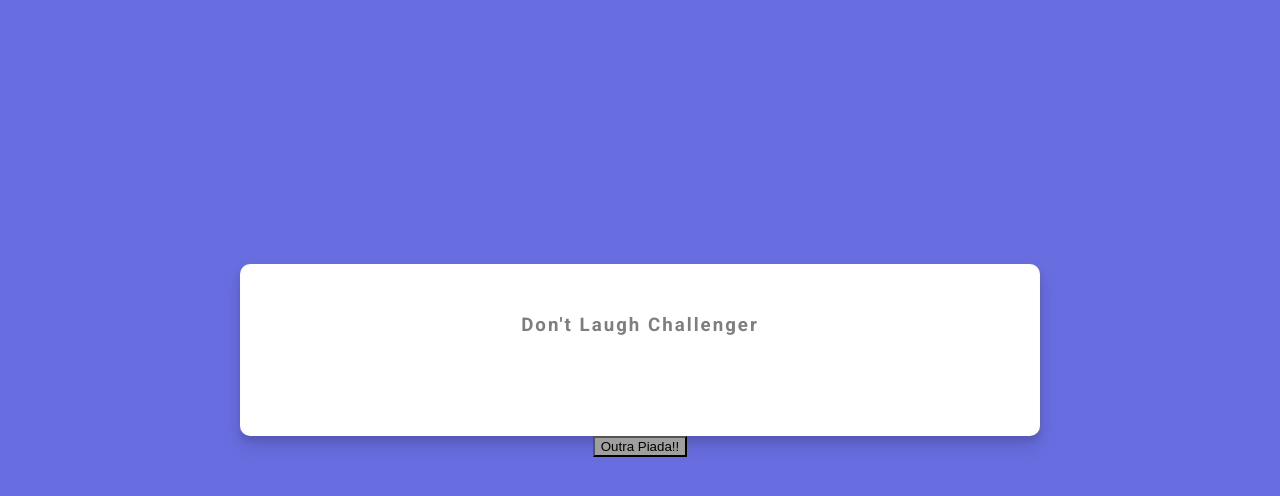
Repository: Williamlmachado/Dad-Jokes
Page: index.html
These files come from the project's save history. The page is drawn as it stood at one moment and after the next save; the edit follows.
The browser window is 1280 px wide. The pictures show the whole page.

Above is the page before, as saved 2021-08-21 12:59:30.

### index.html
<!DOCTYPE html>
<html lang="en">
    <head>
        <meta charset="UTF-8"/>
        <meta name="viewport" content="width=device-width, initial-scale=1.0"/>
        <link rel="stylesheet" href="style.css"/>
        <title>JoK3s</title>
    </head>
    <body>
        <div class="container">
            <h3>Don't Laugh Challenger</h3>
            <div id="joke" class="joke"></div>
        </div>
        <button id="jokeBtn" class="btn">Outra Piada!!</button>
        <script></script>
    </body>
</html>

### style.css
@import url('https://fonts.googleapis.com/css2?family=Roboto:wght@400;700&display=swap');

* {
  box-sizing: border-box;
}

body {
  background-color: #686de0;
  font-family: 'Roboto', sans-serif;
  display: flex;
  flex-direction: column;
  align-items: center;
  justify-content: center;
  height: 100vh;
  overflow: hidden;
  margin: 0;
  padding: 20px;
}
.container{
    background-color: white;
    border-radius: 10px;
    box-shadow: 0 10px 20px rgba(0, 0, 0, 0.1), 0 6px 6px rgba(0, 0, 0, 0.1);
    padding: 50px 20px;
    text-align: center;
    max-width: 100%;
    width: 800px;
}
h3{
    margin: 0;
    opacity: 0.5;
    letter-spacing: 2px;
}
.joke{
    font-size: 30px;
    letter-spacing: 1px;
    line-height: 40px;
    margin: 50px auto;
    max-width: 600px;
}
.btn{
    background-color: #9f9f9f;
}

After the next save:
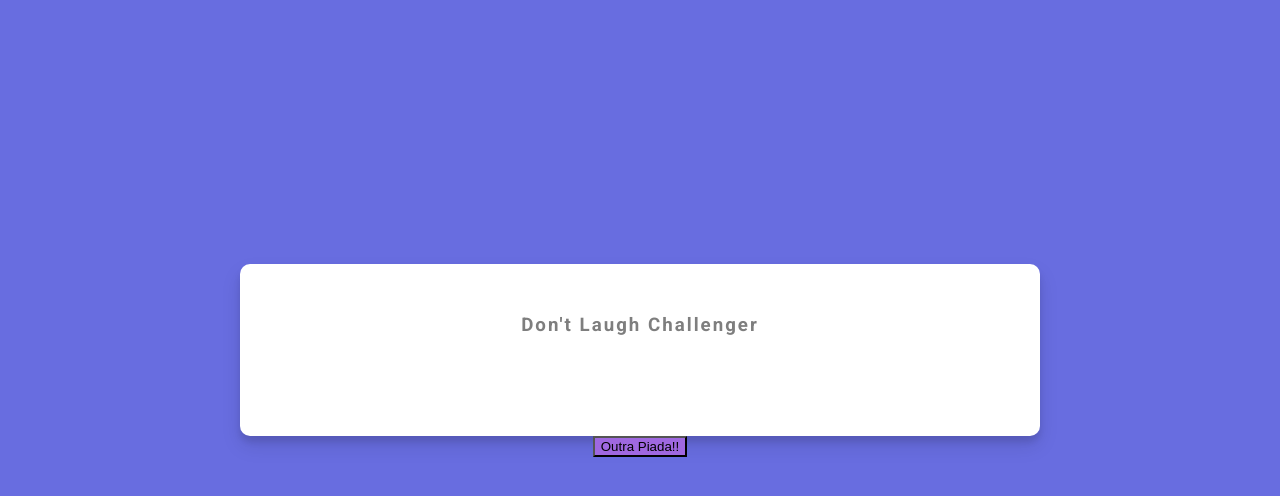
Saved 19 s later.
--- a/style.css
+++ b/style.css
@@ -38,5 +38,5 @@ h3{
     max-width: 600px;
 }
 .btn{
-    background-color: #9f9f9f;
+    background-color: #9f68E0;
 }
